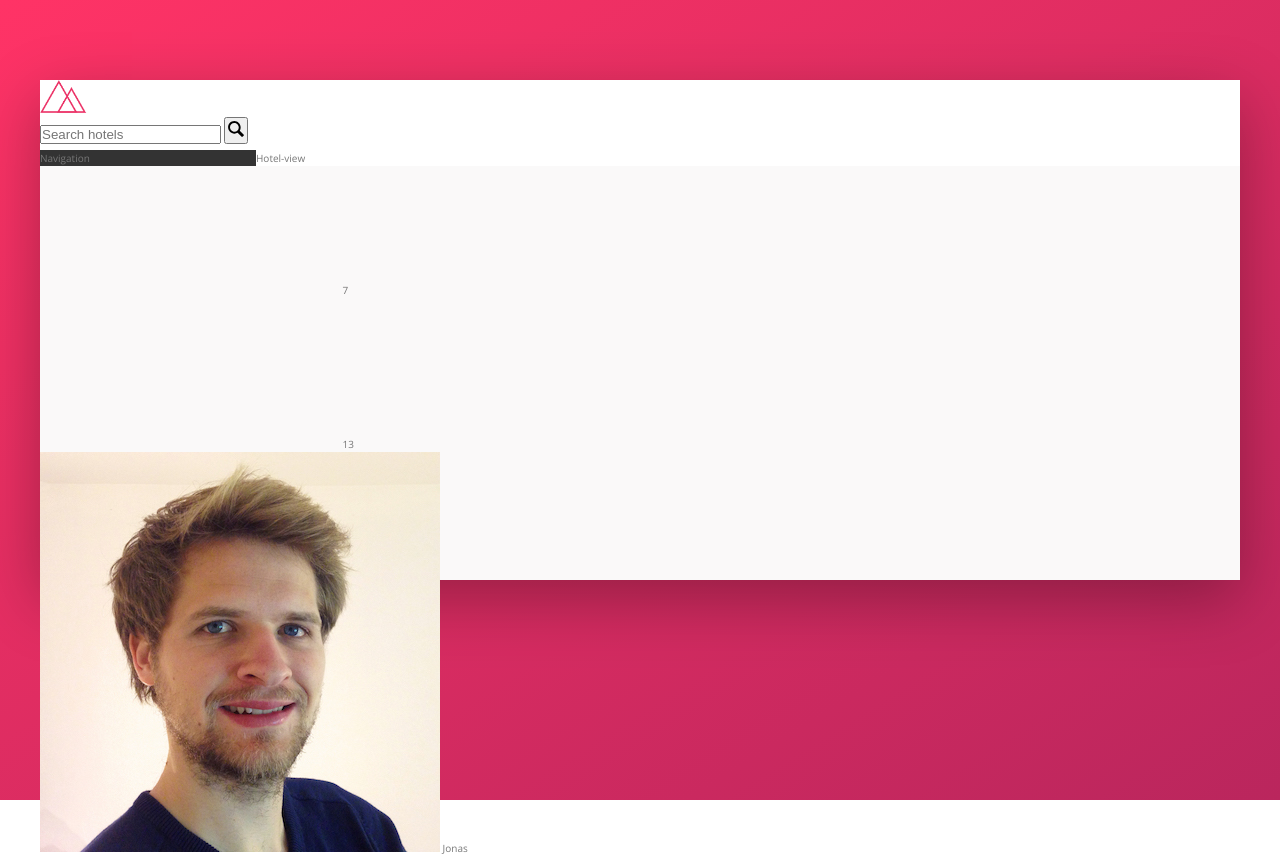
Repository: Lithium87/Trillo
Page: index.html
The author's editor kept a copy of each file at every save. The page is drawn from the files as they stood at one save, then again after the next save.
The browser window is 1280 px wide. The pictures show the whole page.
The style sheet was rebuilt from its Sass, Less or Tailwind sources for each picture, by a compiler version that may differ from the author's.

Above is the page before, as saved 2020-05-15 19:49:15.

### index.html
<!DOCTYPE html>
<html lang="en">

<head>
    <meta charset="UTF-8">
    <meta name="viewport" content="width=device-width, initial-scale=1.0">

    <link href="https://fonts.googleapis.com/css?family=Open+Sans:300,400,600" rel="stylesheet">
    <link rel="stylesheet" href="css/style.css">
    <link rel="shortcut icon" type="image/png" href="img/favicon.png">

    <title>trillo &mdash; Your all-in-one booking app</title>
</head>

<body>
    <div class="container">
        <header class="header">
            <img src="img/logo.png" alt="Trillo logo" class="logo">
            <form action="#" class="search">
                <input type="text" class="search__input" placeholder="Search hotels">
                <button class="search__button">
                    <svg class="search__icon">
                        <use xlink:href="img/sprite.svg#icon-magnifying-glass"></use>
                    </svg>
                </button>
            </form>

            <nav class="user-nav">
                <div class="user-nav__icon-box">
                    <svg class="user-nav__icon">
                        <use xlink:href="img/sprite.svg/icon-bookmark"></use>
                    </svg>
                    <span class="user-nav__notification">7</span>
                </div>
                <div class="user-nav__icon-box">
                    <svg class="user-nav__icon">
                        <use xlink:href="img/sprite.svg/icon-chat"></use>
                    </svg>
                    <span class="user-nav__notification">13</span>
                </div>
                <div class="user-nav__user">
                    <img src="img/user.jpg" alt="User photo" class="user-nav__user-photo">
                    <span class="user-nav__user-name">Jonas</span>
                </div>
            </nav>
        </header>
        <div class="content">
            <nav class="sidebar">
                Navigation
            </nav>
            <main class="hotel-view">
                Hotel-view
            </main>
        </div>
    </div>
</body>

</html>

### sass/_base.scss
:root {
    --color-primary: #eb2f64;
    --color-primary-light: #FF3366;
    --color-primary-dark: #BA265D;
    --color-grey-light-1: #faf9f9;
    --color-grey-light-2: #f4f2f2;
    --color-grey-light-3: #f0eeee;
    --color-grey-light-4: #ccc;
    --color-grey-dark-1: #333;
    --color-grey-dark-2: #777;
    --color-grey-dark-3: #999;
    --shadow-dark: 0 2rem 6rem rgba(0, 0, 0, .3);
}

* {
    margin: 0;
    padding: 0;
}

*,
*::before,
*::after {
    box-sizing: inherit;
}

html {
    box-sizing: border-box;
    font-size: 62.5%; // 1rem = 10px
}

body {
    font-family: 'Open Sans', sans-serif;
    font-weight: 400;
    line-height: 1.6;
    color: var(--color-grey-dark-2);
    background-image: linear-gradient(to right bottom, var(--color-primary-light), var(--color-primary-dark));
    background-size: cover;
    background-repeat: no-repeat;
    min-height: 100vh;
}

### sass/_layout.scss
.container {
    max-width: 120rem;
    margin: 8rem auto;
    background-color: var(--color-grey-light-1);
    box-shadow: var(--shadow-dark);
    min-height: 50rem;
}

.header {
    height: 7rem;
    background-color: #fff;
    border-bottom: var(--color-grey-light-2);
}

.content {
    display: flex;
}

.sidebar {
    background-color: var(--color-grey-dark-1);
    flex: 0 0 18%;
}

.hotel-view {
    background-color: #fff;
    flex: 1;
}

### sass/_components.scss
///////////////////////
//LOGO
.logo {
    height: 3.25rem;
}

///////////////////////
//SEARCH BOX
.search {
    &__input {}
    &__button {}
    &__icon {
        height: 2rem;
        width: 2rem;
    }
}

///////////////////////
//USER NAVIGATION
.user-nav {
    &__icon-box {}
    &__icon {
        //height: 2.25rem;
        //width: 2.25rem;
    }
    &__notification {}
    &__user {}
    &__user-photo {}
    &__user-name {}
}

Loaded but not shown: sass/main.scss (common file)

After the next save:
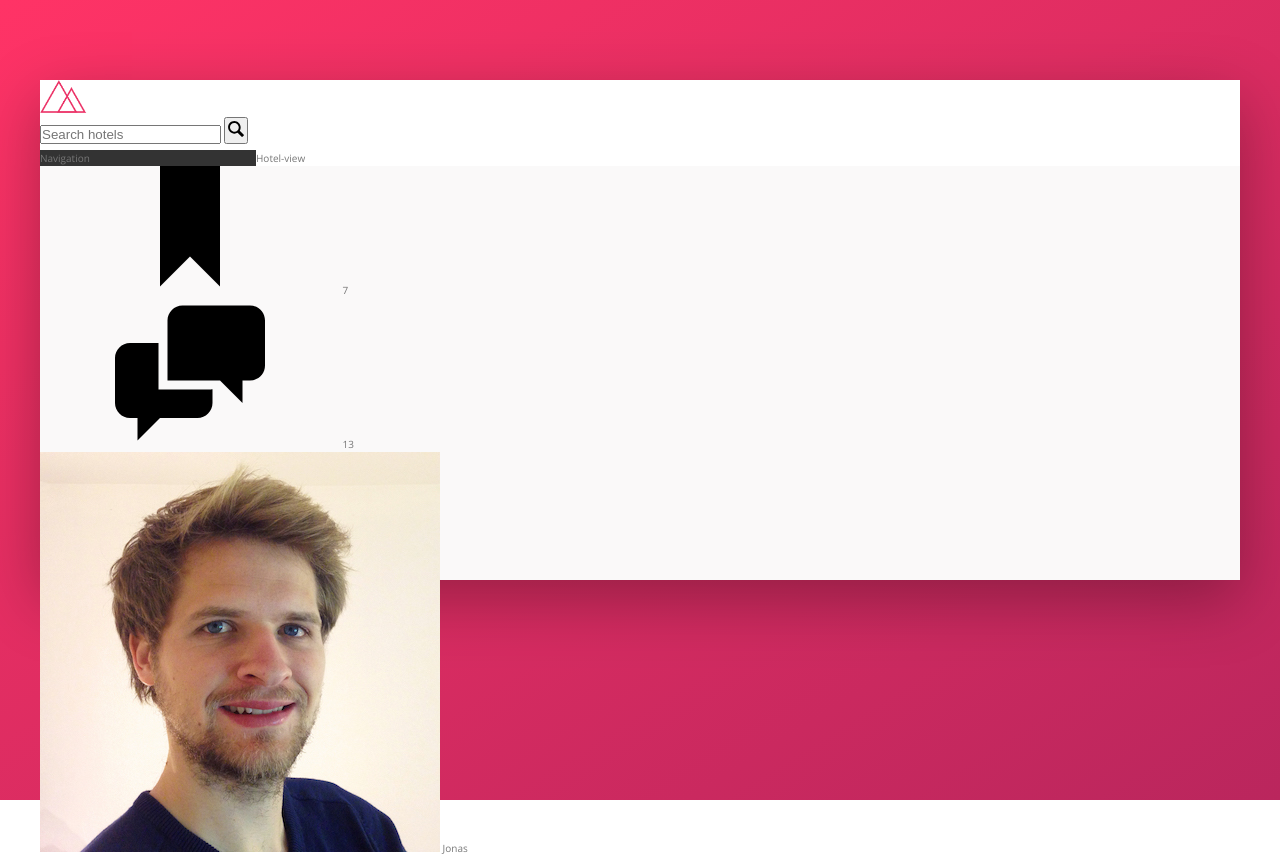
Saved 48 s later.
--- a/index.html
+++ b/index.html
@@ -28,13 +28,13 @@
             <nav class="user-nav">
                 <div class="user-nav__icon-box">
                     <svg class="user-nav__icon">
-                        <use xlink:href="img/sprite.svg/icon-bookmark"></use>
+                        <use xlink:href="img/sprite.svg#icon-bookmark"></use>
                     </svg>
                     <span class="user-nav__notification">7</span>
                 </div>
                 <div class="user-nav__icon-box">
                     <svg class="user-nav__icon">
-                        <use xlink:href="img/sprite.svg/icon-chat"></use>
+                        <use xlink:href="img/sprite.svg#icon-chat"></use>
                     </svg>
                     <span class="user-nav__notification">13</span>
                 </div>
